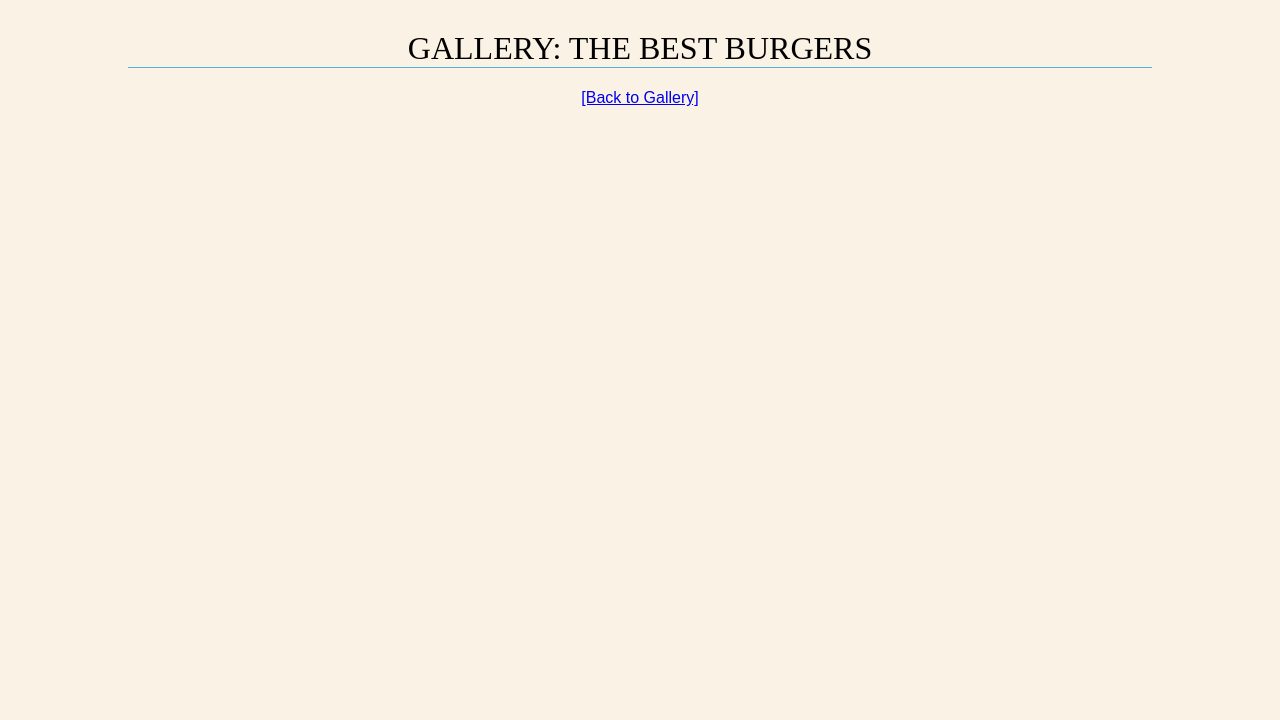
Repository: Colo-Codes/code-practice
Page: gallery/burgers.html
An editor plug-in stored every save of this project. The page is shown before and after the next save, followed by the edit.
The browser window is 1280 px wide. The pictures show the whole page.

Above is the page before, as saved 2021-04-27 13:54:08.

After the next save:
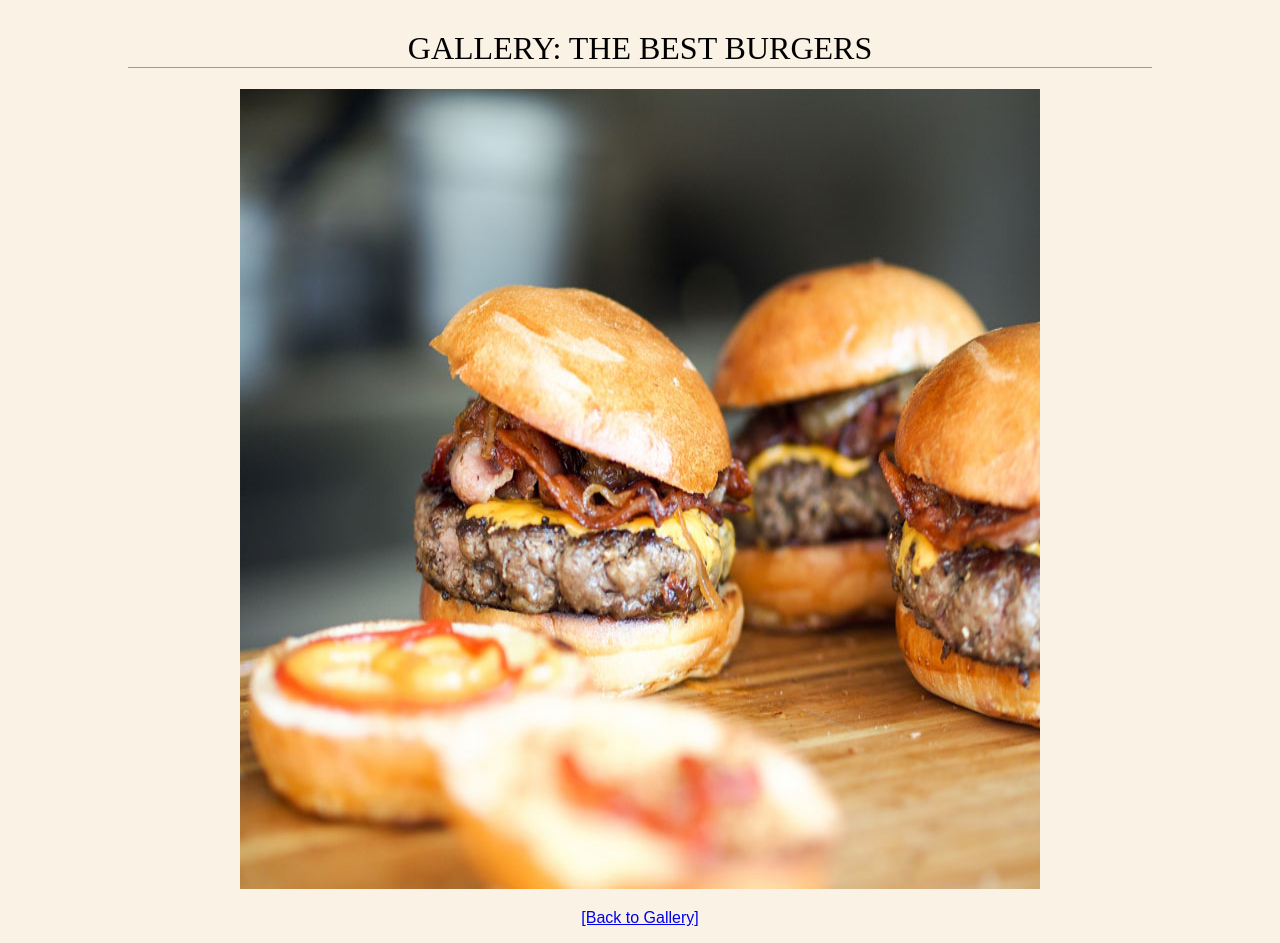
Saved 88 s later.
--- a/gallery/burgers.html
+++ b/gallery/burgers.html
@@ -28,8 +28,7 @@ h1 {
 
 <h1>Gallery: The Best Burgers</h1>
 
-<p></p>
-
+<p><img src="photos/burgers-800.jpg" alt="A tasty burger with bacon and cheese." width="800" height="800"></p>
 <p><a href="index.html">[Back to Gallery]</a></p>
 
 </body>
